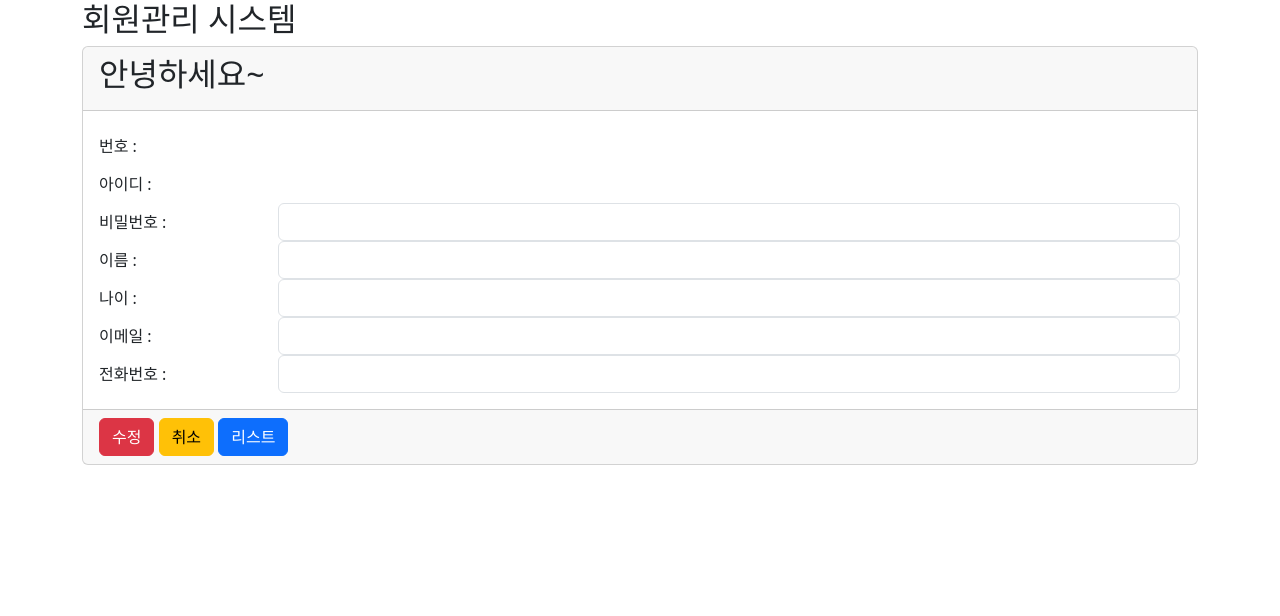
Repository: jungwoonAn/web_ex
Page: http://localhost/MVC06/WEB-INF/member/memberContent.jsp
An editor plug-in stored every save of this project. The page is shown before and after the next save, followed by the edit.
The browser window is 1280 px wide. The pictures show the whole page.
The page is served by Tomcat 9. Nobody is signed in. Other server files are loaded and not shown. The template is opened directly, without the code that normally fills it, so the values that code supplies are empty.

Above is the page before, as saved 2024-09-08 08:01:46.

### MVC06/src/main/webapp/WEB-INF/member/memberContent.jsp
<%@page import="kr.bit.model.MemberVO"%>
<%@page import="kr.bit.model.MemberDAO"%>
<%@ page language="java" contentType="text/html; charset=UTF-8"
    pageEncoding="UTF-8"%>
<%
  	//MemberVO vo = (MemberVO)request.getAttribute("vo");
%>
<%@ taglib prefix="c" uri="http://java.sun.com/jsp/jstl/core" %>
<c:set var="ctx" value="${pageContext.request.contextPath}"/>
<!DOCTYPE html>
<html>
<head>
<meta charset="UTF-8">
<meta name="viewport" content="width=device-width, initial-scale=1">
<link href="https://cdn.jsdelivr.net/npm/bootstrap@5.3.3/dist/css/bootstrap.min.css" rel="stylesheet" integrity="sha384-QWTKZyjpPEjISv5WaRU9OFeRpok6YctnYmDr5pNlyT2bRjXh0JMhjY6hW+ALEwIH" crossorigin="anonymous">
<script src="https://cdn.jsdelivr.net/npm/bootstrap@5.3.3/dist/js/bootstrap.bundle.min.js" integrity="sha384-YvpcrYf0tY3lHB60NNkmXc5s9fDVZLESaAA55NDzOxhy9GkcIdslK1eN7N6jIeHz" crossorigin="anonymous"></script>
<title>회원 정보</title>
</head>
<body>
  <div class="container">
    <h2>회원관리 시스템</h2>
    <div class="card">
      <div class="card-header">
        <c:if test="${sessionScope.userId != null && scssionScope.userId != ''}">
	      <h2>${sessionScope.userName}님 환영합니다.</h2>
	    </c:if>
	    <c:if test="${sessionScope.userId == null || scssionScope.userId == ''}">
	      <h2>안녕하세요~</h2>
	    </c:if>
      </div>
      <div class="card-body">
        <form id="form1" name="form1" class="form-horizontal" action="${ctx}/memberUpdate.do" method="post">
          <input type="hidden" name="num" value="${vo.num}">
	        <div class="input-group">
	          <label class="col-form-label col-sm-2">번호 : </label>
	          <div class="col-sm-10">
	            <c:out value="${vo.num}" />
	          </div>
	        </div>
	        <div class="input-group">
	          <label class="col-form-label col-sm-2">아이디 : </label>
	          <div class="col-sm-10">
	            <c:out value="${vo.id}" />
	          </div>
	        </div>
	        <div class="input-group">
	          <label class="col-form-label col-sm-2">비밀번호 : </label>
	          <div class="col-sm-10">
	            <input type="password" class="form-control" id="pass" name="pass" value="${vo.pass}">
	          </div>
	        </div>
	        <div class="input-group">
	          <label class="col-form-label col-sm-2">이름 : </label>
	          <div class="col-sm-10">
	            <input type="text" class="form-control" id="name" name="name" value="${vo.name}">
	          </div>
	        </div>
	        <div class="input-group">
	          <label class="col-form-label col-sm-2">나이 : </label>
	          <div class="col-sm-10">
	            <input type="text" class="form-control" id="age" name="age" value="${vo.age}">
	          </div>
	        </div>
	        <div class="input-group">
	          <label class="col-form-label col-sm-2">이메일 : </label>
	          <div class="col-sm-10">
	            <input type="text" class="form-control" id="email" name="email" value="${vo.email}">
	          </div>
	        </div>
	        <div class="input-group">
	          <label class="col-form-label col-sm-2">전화번호 : </label>
	          <div class="col-sm-10">
	            <input type="text" class="form-control" id="phone" name="phone" value="${vo.phone}">
	          </div>
	        </div>
		</form>
	  </div>
	  <div class="card-footer">
	    <button type="button" class="btn btn-danger">수정</button>
		<button type="button" class="btn btn-warning">취소</button>
		<button type="button" onclick="location.href='${ctx}/memberList.do'" class="btn btn-primary">리스트</button>
	  </div>
    </div>
  </div>
</body>
</html>

After the next save:
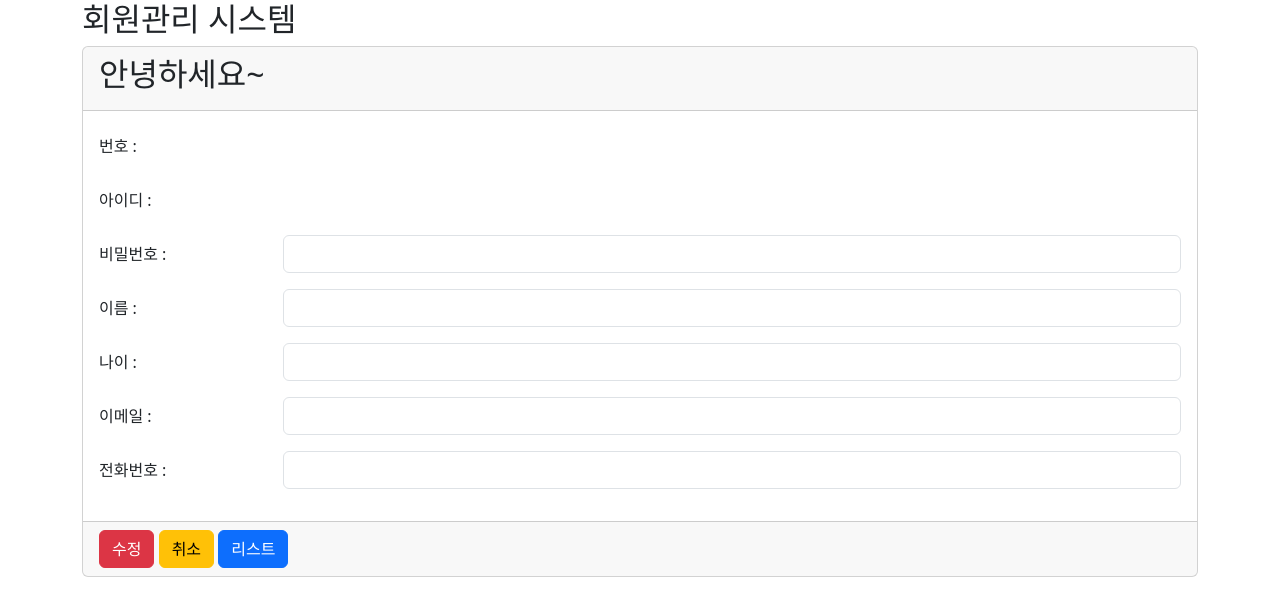
Saved 91 s later.
--- a/MVC06/src/main/webapp/WEB-INF/member/memberContent.jsp
+++ b/MVC06/src/main/webapp/WEB-INF/member/memberContent.jsp
@@ -31,43 +31,43 @@
       <div class="card-body">
         <form id="form1" name="form1" class="form-horizontal" action="${ctx}/memberUpdate.do" method="post">
           <input type="hidden" name="num" value="${vo.num}">
-	        <div class="input-group">
+	        <div class="row mb-3">
 	          <label class="col-form-label col-sm-2">번호 : </label>
 	          <div class="col-sm-10">
 	            <c:out value="${vo.num}" />
 	          </div>
 	        </div>
-	        <div class="input-group">
+	        <div class="row mb-3">
 	          <label class="col-form-label col-sm-2">아이디 : </label>
 	          <div class="col-sm-10">
 	            <c:out value="${vo.id}" />
 	          </div>
 	        </div>
-	        <div class="input-group">
+	        <div class="row mb-3">
 	          <label class="col-form-label col-sm-2">비밀번호 : </label>
 	          <div class="col-sm-10">
 	            <input type="password" class="form-control" id="pass" name="pass" value="${vo.pass}">
 	          </div>
 	        </div>
-	        <div class="input-group">
+	        <div class="row mb-3">
 	          <label class="col-form-label col-sm-2">이름 : </label>
 	          <div class="col-sm-10">
 	            <input type="text" class="form-control" id="name" name="name" value="${vo.name}">
 	          </div>
 	        </div>
-	        <div class="input-group">
+	        <div class="row mb-3">
 	          <label class="col-form-label col-sm-2">나이 : </label>
 	          <div class="col-sm-10">
 	            <input type="text" class="form-control" id="age" name="age" value="${vo.age}">
 	          </div>
 	        </div>
-	        <div class="input-group">
+	        <div class="row mb-3">
 	          <label class="col-form-label col-sm-2">이메일 : </label>
 	          <div class="col-sm-10">
 	            <input type="text" class="form-control" id="email" name="email" value="${vo.email}">
 	          </div>
 	        </div>
-	        <div class="input-group">
+	        <div class="row mb-3">
 	          <label class="col-form-label col-sm-2">전화번호 : </label>
 	          <div class="col-sm-10">
 	            <input type="text" class="form-control" id="phone" name="phone" value="${vo.phone}">
